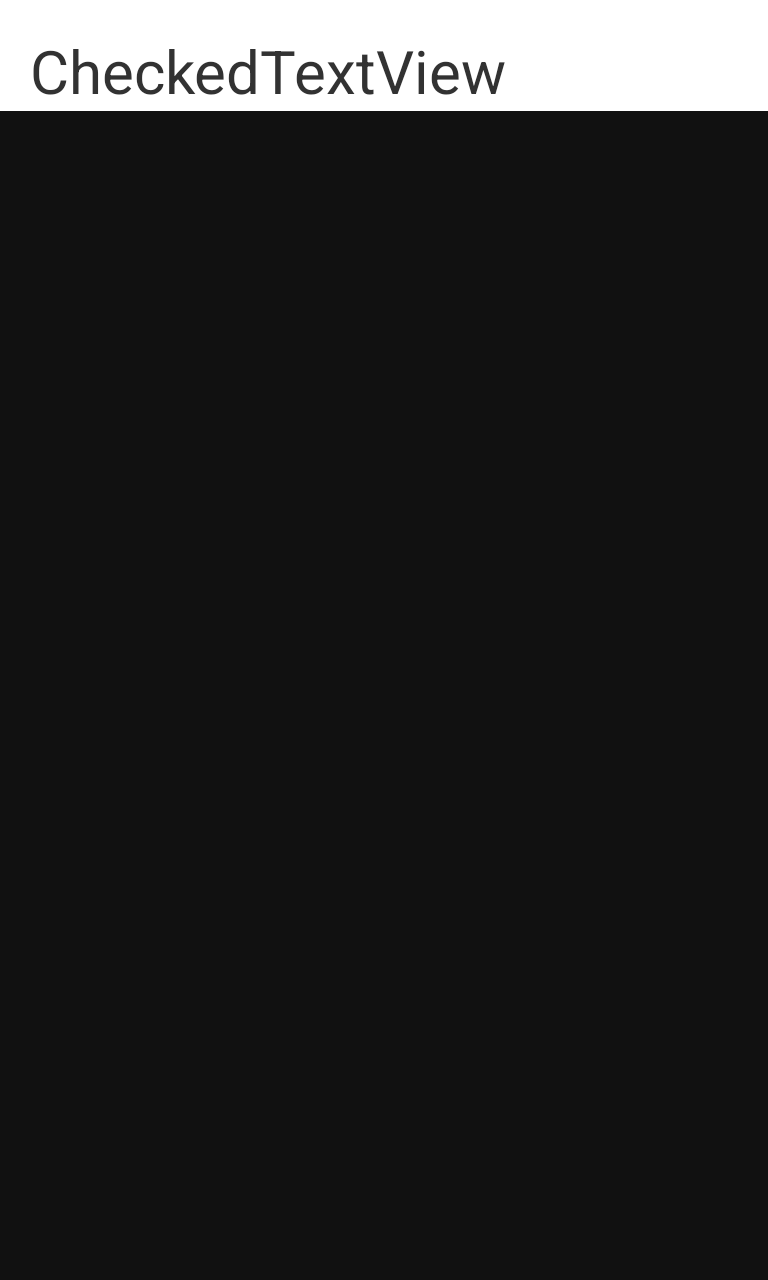
Repository: ppamorim/Coderock-X
Layout: workspace-Android/teste1/res/layout/activity_home.xml
These files come from the project's save history. The layout is drawn as it stood at one moment and after the next save; the edit follows.
It is drawn on a 768 x 1280 px phone screen (xhdpi) without system bars, with theme AppTheme; the app's code is not run. The app's manifest (not shown) leaves right-to-left support off. So textAlignment, textDirection and layoutDirection are ignored, and left and right values win over start and end ones.

Above is the layout before, as saved 2014-01-06 18:58:05.

### workspace-Android/teste1/res/layout/activity_home.xml
<?xml version="1.0" encoding="utf-8"?>
<LinearLayout xmlns:android="http://schemas.android.com/apk/res/android"
    android:layout_width="match_parent"
    android:layout_height="match_parent"
    android:background="@drawable/background"
    android:orientation="vertical" >

    <LinearLayout
        android:layout_width="match_parent"
        android:layout_height="wrap_content"
        android:orientation="vertical"
        android:background="#FFF" >

        <TextView
            android:id="@+id/TextView1"
            android:layout_width="wrap_content"
            android:layout_height="wrap_content"
            android:textSize="30dp"
            android:layout_marginTop="15dp"
            android:layout_marginLeft="15dp"
            android:layout_marginRight="15dp"
            android:text="CheckedTextView" />

    </LinearLayout>

    <TableLayout
        android:layout_width="match_parent"
        android:layout_height="wrap_content" >

        <TableRow
            android:id="@+id/tableRow1"
            android:layout_width="wrap_content"
            android:layout_height="wrap_content" >
        </TableRow>

        <TableRow
            android:id="@+id/tableRow2"
            android:layout_width="wrap_content"
            android:layout_height="wrap_content" >
        </TableRow>

        <TableRow
            android:id="@+id/tableRow3"
            android:layout_width="wrap_content"
            android:layout_height="wrap_content" >
        </TableRow>

        <TableRow
            android:id="@+id/tableRow4"
            android:layout_width="wrap_content"
            android:layout_height="wrap_content" >
        </TableRow>
    </TableLayout>

</LinearLayout>

### workspace-Android/teste1/res/values/styles.xml
<resources>

    <!--
        Base application theme, dependent on API level. This theme is replaced
        by AppBaseTheme from res/values-vXX/styles.xml on newer devices.
    -->
    <style name="AppBaseTheme" parent="android:Theme.Light">
        <!--
            Theme customizations available in newer API levels can go in
            res/values-vXX/styles.xml, while customizations related to
            backward-compatibility can go here.
        -->
    </style>

    <!-- Application theme. -->
    <style name="AppTheme" parent="AppBaseTheme">

    </style>

</resources>

### workspace-Android/teste1/res/drawable-hdpi/background.xml
<?xml version="1.0" encoding="utf-8"?>
<bitmap xmlns:android="http://schemas.android.com/apk/res/android"
  android:src="@drawable/background2"
  android:tileMode="repeat" />

Loaded but not shown: workspace-Android/teste1/res/values-v11/styles.xml (common file); workspace-Android/teste1/res/values-v14/styles.xml (common file)

After the next save:
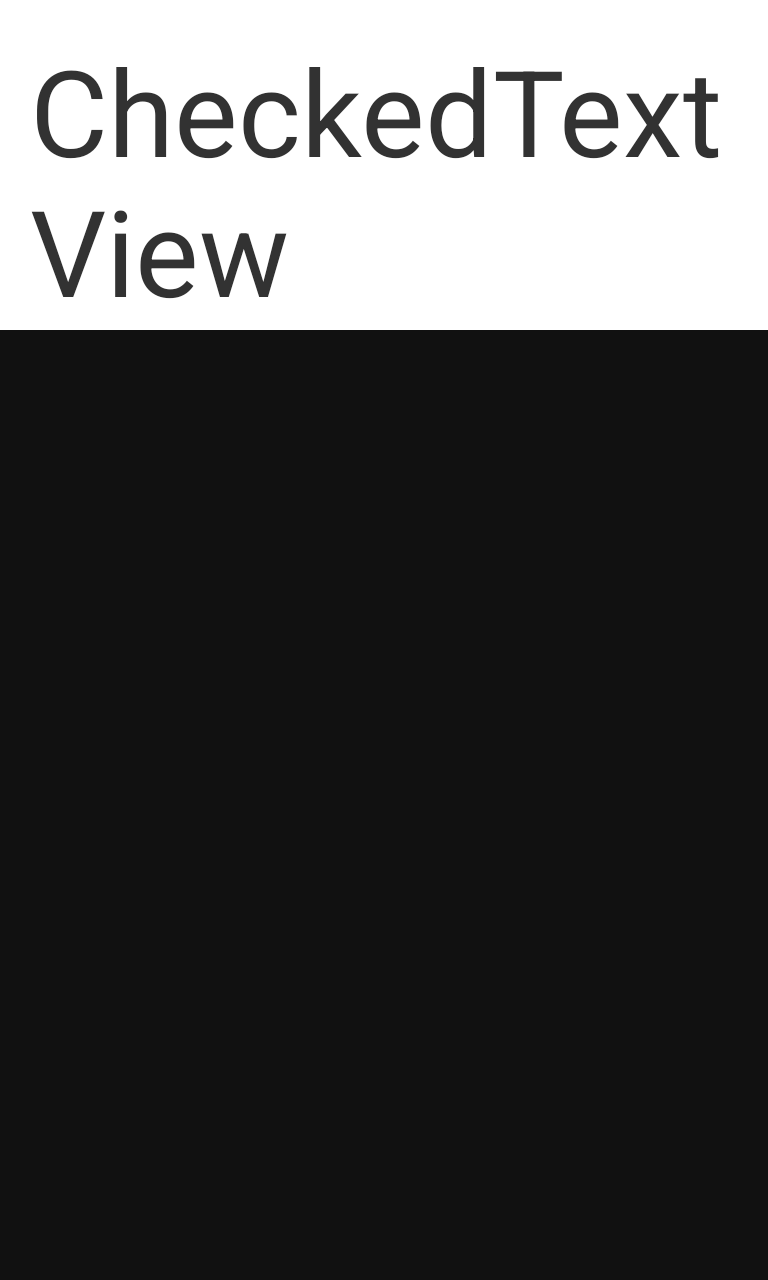
Saved 15 s later.
--- a/workspace-Android/teste1/res/layout/activity_home.xml
+++ b/workspace-Android/teste1/res/layout/activity_home.xml
@@ -15,7 +15,7 @@
             android:id="@+id/TextView1"
             android:layout_width="wrap_content"
             android:layout_height="wrap_content"
-            android:textSize="30dp"
+            android:textSize="60dp"
             android:layout_marginTop="15dp"
             android:layout_marginLeft="15dp"
             android:layout_marginRight="15dp"
